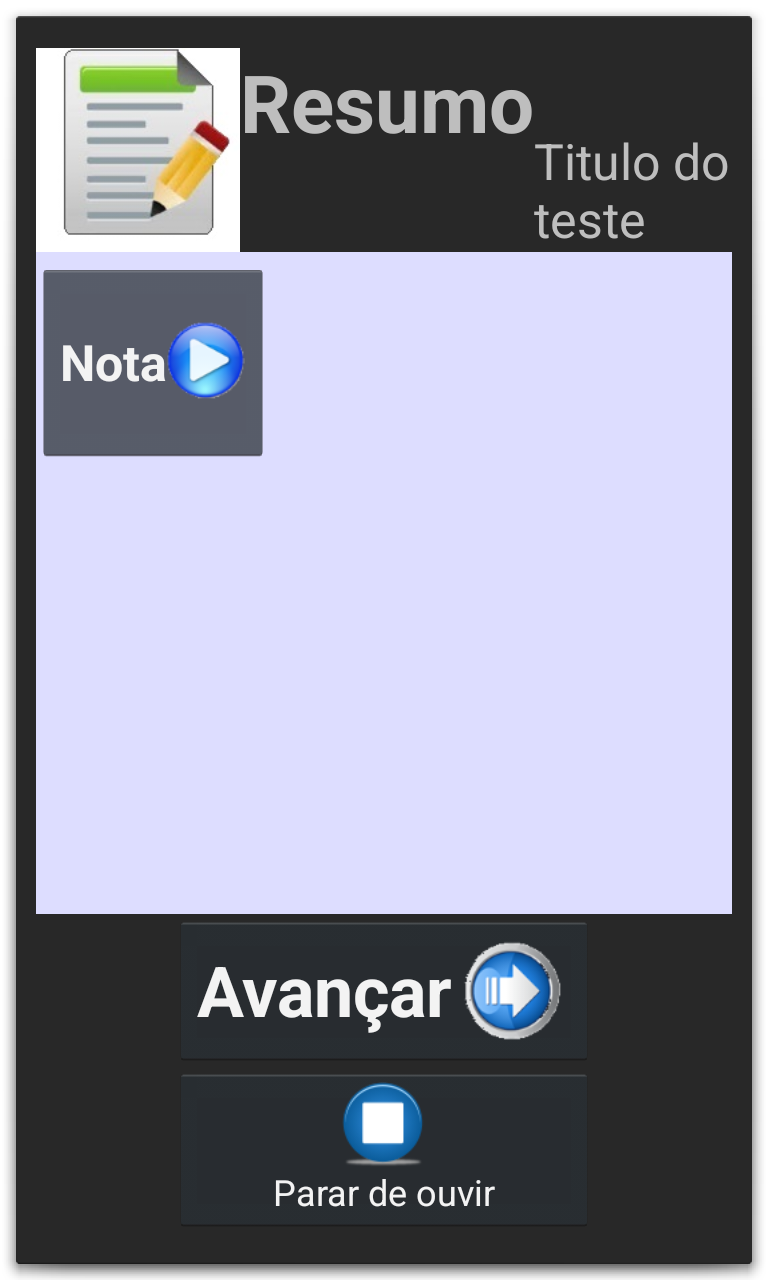
Repository: iptomar/letrinhas_documentacao
Layout: Letrinhas/APP/Prototipos/Letrinhas05/res/layout/resumo_submissoes.xml
The author's editor kept a copy of each file at every save. The layout is drawn from the files as they stood at one save, then again after the next save.
It is drawn on a 768 x 1280 px phone screen (xhdpi) without system bars, with theme android:Theme.Holo.Dialog.NoActionBar; the app's code is not run.

Above is the layout before, as saved 2014-05-21 20:26:05.

### Letrinhas/APP/Prototipos/Letrinhas05/res/layout/resumo_submissoes.xml
<RelativeLayout xmlns:android="http://schemas.android.com/apk/res/android"
    xmlns:tools="http://schemas.android.com/tools"
    android:id="@+id/resSub"
    android:layout_width="match_parent"
    android:layout_height="match_parent"
    android:paddingBottom="@dimen/activity_vertical_margin"
    android:paddingLeft="10sp"
    android:paddingRight="10sp"
    android:paddingTop="@dimen/activity_vertical_margin"
    tools:context="com.letrinhas05.ResumoSubmissoes" >

    <TextView
        android:id="@+id/rSCabecalho"
        android:layout_width="wrap_content"
        android:layout_height="wrap_content"
        android:layout_alignParentLeft="true"
        android:layout_alignParentTop="true"
        android:drawableLeft="@drawable/index"
        android:text="@string/resumo"
        android:textSize="40sp"
        android:textStyle="bold" />

    <TextView
        android:id="@+id/rsTituloTeste"
        android:layout_width="wrap_content"
        android:layout_height="wrap_content"
        android:layout_alignBottom="@+id/rSCabecalho"
        android:layout_toRightOf="@+id/rSCabecalho"
        android:text="Titulo do teste"
        android:textSize="25sp" />

    <ScrollView
        android:id="@+id/svResumo"
        android:layout_width="wrap_content"
        android:layout_height="wrap_content"
        android:layout_above="@+id/rsAvancar"
        android:layout_alignLeft="@+id/rSCabecalho"
        android:layout_alignParentRight="true"
        android:layout_below="@+id/rSCabecalho"
        android:background="#ddddff" >

        <LinearLayout
            android:id="@+id/llResumo"
            android:layout_width="match_parent"
            android:layout_height="wrap_content"
            android:orientation="vertical" >

            <Button
                android:id="@+id/rsBtnOriginal"
                android:layout_width="wrap_content"
                android:layout_height="100sp"
                android:layout_marginBottom="10sp"
                android:layout_marginTop="5sp"
                android:drawableRight="@drawable/play"
                android:text="@string/nota"
                android:textSize="25sp"
                android:textStyle="bold" />

        </LinearLayout>
    </ScrollView>

    <Button
        android:id="@+id/rsAvancar"
        android:layout_width="wrap_content"
        android:layout_height="wrap_content"
        android:layout_above="@+id/resBtnParar"
        android:layout_centerHorizontal="true"
        android:drawableRight="@drawable/right"
        android:text="@string/avancar"
        android:textSize="35sp"
        android:textStyle="bold" />

    <Button
        android:id="@+id/resBtnParar"
        android:layout_width="wrap_content"
        android:layout_height="wrap_content"
        android:layout_alignLeft="@+id/rsAvancar"
        android:layout_alignParentBottom="true"
        android:layout_alignRight="@+id/rsAvancar"
        android:drawableTop="@drawable/stopaudio"
        android:text="@string/pararRep" />

</RelativeLayout>

### Letrinhas/APP/Prototipos/Letrinhas05/res/values/strings.xml
<?xml version="1.0" encoding="utf-8"?>
<resources>

    <string name="app_name">Letrinhas05</string>
    <string name="entrar">Entrar</string>
    <string name="letrinhas">Letrinhas 0.5 </string>
    <string name="Recording">A gravar</string>
    <string name="start">Começar</string>
    <string name="stop">Parar</string>
    <string name="play">Ouvir</string>
    <string name="title_item_list">Items</string>
    <string name="title_item_detail">Item Detail</string>
    <string name="title_activity_escolhe_teste">Escolher Teste</string>
    <string name="action_settings">Settings</string>
    <string name="sair">sair</string>
    <string name="voltar">voltar</string>
    <string name="teste">Teste</string>
    <string name="title_activity_esc_modo">Escolher Modo do teste</string>
    <string name="escolhe_Modo">Escolher o Modo do teste a realizar</string>
    <string name="porAluno">Por Aluno</string>
    <string name="porProf">Por Professor</string>
    <string name="title_activity_leitura_texto">Leitura de Textos</string>
    <string name="title_activity_leitura_palavras">Leitura de Palavras</string>
    <string name="concetList">ConectList</string>
    <string name="title_activity_texto">Teste de texto</string>
    <string name="title_activity_teste_texto">Teste de texto</string>
    <string name="title_activity_teste__imagem">Teste de imagens</string>
    <string name="title_activity_teste__palavras">Teste de palavras</string>
    <string name="title_activity_teste__poema">Teste de poema</string>
    <string name="login_title">Login Screen</string>
    <string name="username">Username</string>
    <string name="password">Password</string>
    <string name="login">Login</string>
    <string name="title_activity_autenticacao">Autenticacao</string>
    <string name="min"></string>
    <string name="sec"></string>
    <string name="vacilar">Vacilações</string>
    <string name="fragment">Fragmentações</string>
    <string name="silabac">Silabações</string>
    <string name="repeti">Repetições</string>
    <string name="exepriment">experiência</string>
    <string name="menos">menos</string>
    <string name="mais">mais</string>
    <string name="espaco">"                        "</string>
    <string name="numer">20</string>
    <string name="pErrada">P. Erradas:</string>
    <string name="btnback">Voltar</string>
    <string name="title_activity_all__tests">Todos os Testes</string>
    <string name="btnMainAllTest">Todos os Testes</string>
    <string name="btnMainSendResult">Criar e enviar Resultado de Teste</string>
    <string name="btnSendResult">Enviar Resultado</string>
    <string name="title_activity_send__result_test">Enviar Resultado de Teste</string>
    <string name="lb_mainIpServidor">IP do Servidor:</string>
    <string name="mainPorta">Porta:</string>
    <string name="title_activity_receber_imagem">ReceberImagem</string>
    <string name="btnReceberImagem">Ver imagem da BD Profs</string>
    <string name="title_activity_reprod_audio">ReprodAudio</string>
    <string name="title_activity_main_bd">MainBD</string>
    <string name="pontErrada">Pontuação</string>
    <string name="PalavraErrada">Palavra Errada</string>
    <string name="CancelarSeleccao">Cancelar Seleccao</string>
    <string name="title_activity_resultado">Resultado</string>
    <string name="resultado">Resultado do teste</string>
    <string name="avancar">Avançar</string>
    <string name="act_BD">Atualizar a Base de Dados</string>
    <string name="title_activity_escolhe_escola">Escolher Escola</string>
    <string name="escola">escola</string>
    <string name="title_activity_escolhe_disciplina">Escolher disciplina</string>
    <string name="ano">ano</string>
    <string name="title_activity_escolhe_aluno">Escolher Aluno</string>
    <string name="aluno">Aluno</string>
    <string name="title_activity_escolhe_professor">Escolher Professor</string>
    <string name="professor">Professor</string>
    <string name="nomeTeste">Nome do teste</string>
    <string name="tempoLeitura">Tempo de leitura</string>
    <string name="expressividade">Expressividade</string>
    <string name="ritmo">Ritmo</string>
    <string name="nota">Nota</string>
    <string name="perguntaImagem">perguntaImagem</string>
    <string name="title_activity_custom">Custom</string>
    <string name="portugues">Português</string>
    <string name="ingles">Inglês</string>
    <string name="estMeio">Estudo do meio</string>
    <string name="matematica">Matemática</string>
    <string name="escolheDisciplina">Escolhe a disciplina</string>
    <string name="agrupamento">Agrupamento Artur Gonçalves</string>
    <string name="escProfessor">Escolher professor</string>
    <string name="title_activity_escolhe_turma">Escolher Turma</string>
    <string name="hello_world">Hello world!</string>
    <string name="escolherTurma">Escolher Turma</string>
    <string name="escolherAluno">Escolher Aluno</string>
    <string name="escolherModo">Escolher modo</string>
    <string name="realizarTeste">Realizar teste(s)</string>
    <string name="corrigirTeste">Corrigir teste(s)</string>
    <string name="title_activity_escolhe_tipo_teste">Escolher Tipo de Teste</string>
    <string name="escolheTipoTeste">Escolher Tipo de Teste</string>
    <string name="demo">Demo</string>
    <string name="iniciar">Iniciar</string>
    <string name="ExemploTexto">Alfabetização\n
        A alfabetização consiste no aprendizado do alfabeto e de sua utilização como código de comunicação. De um modo mais abrangente, a alfabetização é definida como um processo no qual o indivíduo constrói a gramática e em suas variações. Esse processo não se resume apenas na aquisição dessas habilidades mecânicas (codificação e decodificação) do acto de ler, mas na capacidade de interpretar, compreender, criticar, resignificar e produzir conhecimento.1 Todas essas capacidades citadas anteriormente só serão concretizadas se os alunos tiverem acesso a todos os tipos de portadores de textos. O aluno precisa encontrar os usos sociais da leitura e da escrita.2 A alfabetização envolve também o desenvolvimento de novas formas de compreensão e uso da linguagem de uma maneira geral.\n
        A alfabetização de um indivíduo promove sua socialização, já que possibilita o estabelecimento de novos tipos de trocas simbólicas com outros indivíduos, acesso a bens culturais e a facilidades oferecidas pelas instituições sociais. A alfabetização é um fator propulsor do exercício consciente da cidadania e do desenvolvimento da sociedade como um todo.\n
        A incapacidade de ler e escrever é denominada analfabetismo, enquanto que a incapacidade de interpretar textos simples é chamada analfabetismo funcional ou semianalfabetismo.</string>
    <string name="ExemploPoema">    Ó lua que vais tão alta,\n
Redonda como um tamanco!\n
Ó Maria, traz cá a escada,\n
Que eu não chego lá com um banco.\n
\n
A minha mãe fez um bolo de alfazema.\n
Pedi-lhe uma fatia, e ela deu-ma!\n
\n
Da minha casa à tua\n
vai uma grande distância,\n
Cuidado pelo caminho, \n
não vás escorregar numa casaca de melância!\n
\n
 o meu nome é dionísio\n
pediram-me para fazer um poema, e fízi-o.\n
</string>
    <string name="title_activity_listar_submissoes">Listar Submissoes</string>
    <string name="corrigirSubmisoes">Escolher testes a corrigir</string>
    <string name="cancel">cancelar</string>
    <string name="title_activity_resumo_submissoes">Resumo Submissoes</string>
    <string name="resumo">Resumo</string>
    <string name="pararRep">Parar de ouvir</string>
    <string name="title_activity_relatas_correction">RelatasCorrection</string>

</resources>

Loaded but not shown: Letrinhas/APP/Prototipos/Letrinhas05/res/values/dimens.xml (common file)

After the next save:
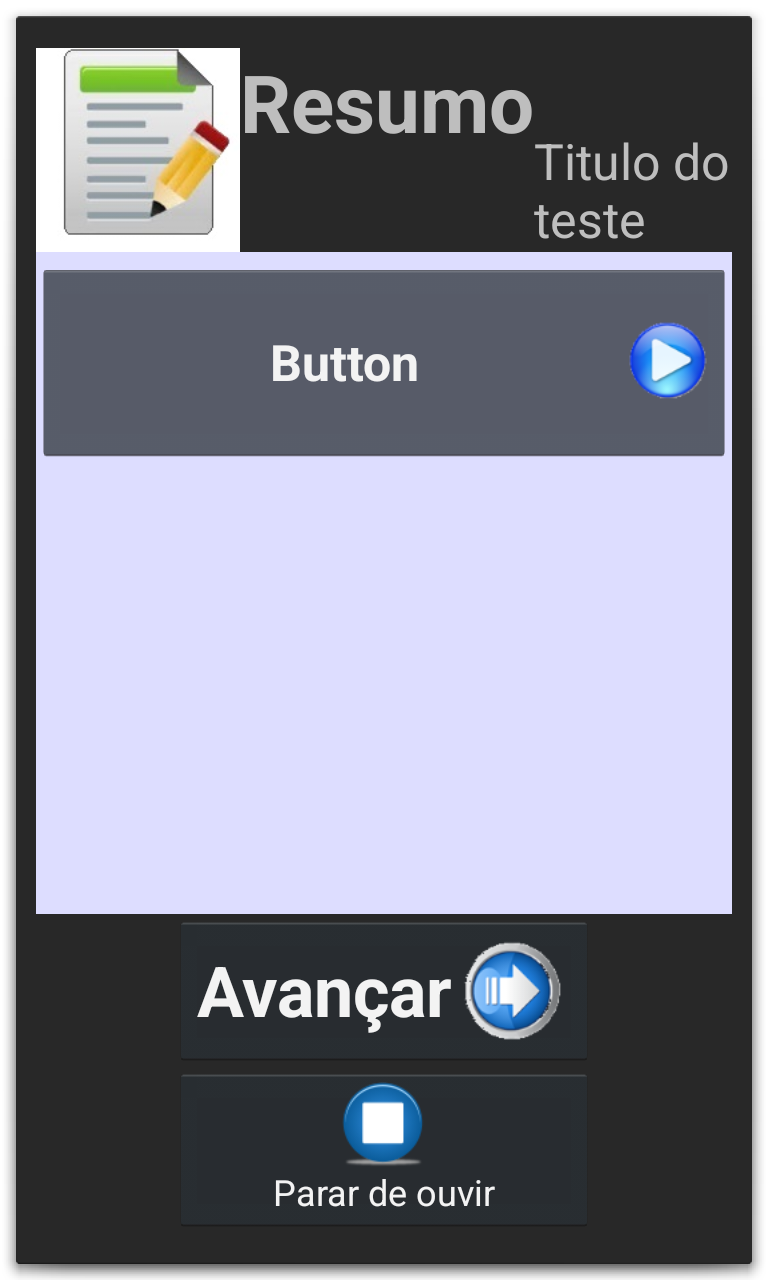
Saved 10 s later.
--- a/Letrinhas/APP/Prototipos/Letrinhas05/res/layout/resumo_submissoes.xml
+++ b/Letrinhas/APP/Prototipos/Letrinhas05/res/layout/resumo_submissoes.xml
@@ -47,16 +47,17 @@
 
             <Button
                 android:id="@+id/rsBtnOriginal"
-                android:layout_width="wrap_content"
+                android:layout_width="match_parent"
                 android:layout_height="100sp"
                 android:layout_marginBottom="10sp"
                 android:layout_marginTop="5sp"
+                android:layout_weight="0.75"
                 android:drawableRight="@drawable/play"
-                android:text="@string/nota"
+                android:text="Button"
                 android:textSize="25sp"
                 android:textStyle="bold" />
+        </LinearLayout>
 
-        </LinearLayout>
     </ScrollView>
 
     <Button

After the save that followed:
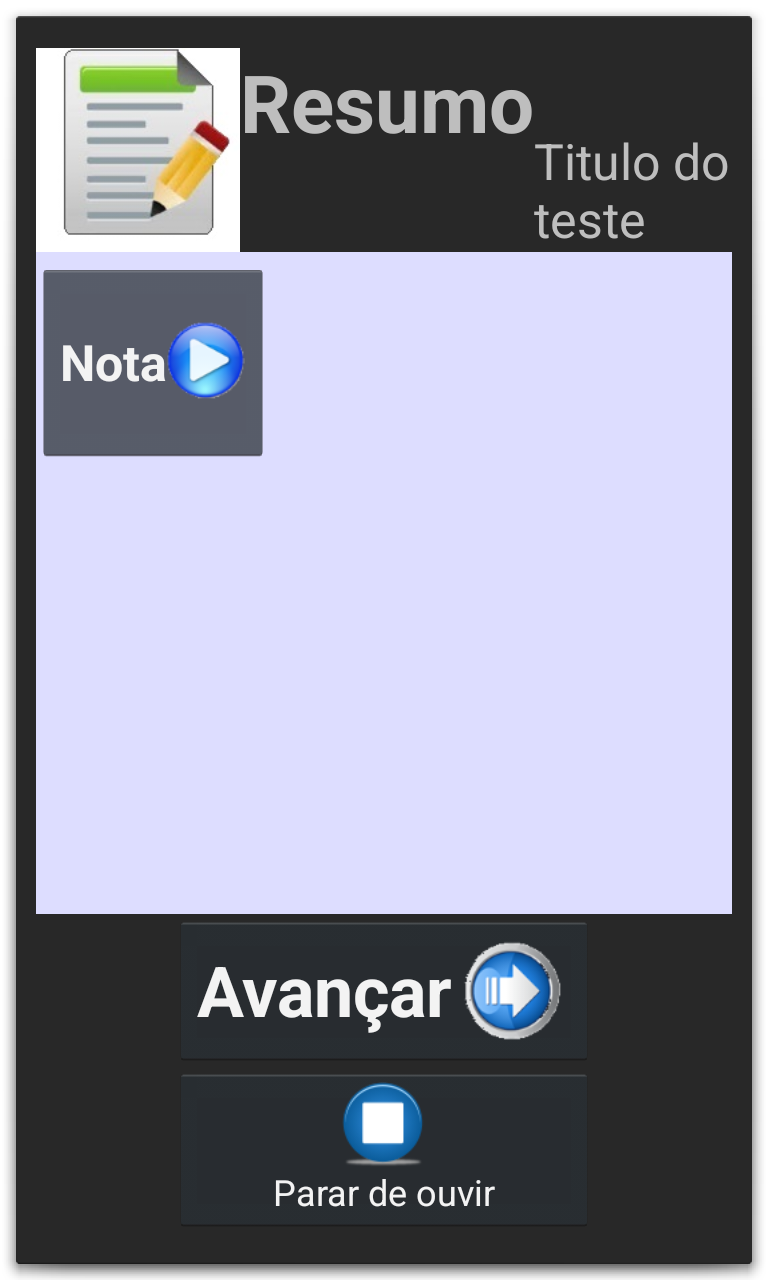
Saved 76 s later.
--- a/Letrinhas/APP/Prototipos/Letrinhas05/res/layout/resumo_submissoes.xml
+++ b/Letrinhas/APP/Prototipos/Letrinhas05/res/layout/resumo_submissoes.xml
@@ -47,13 +47,12 @@
 
             <Button
                 android:id="@+id/rsBtnOriginal"
-                android:layout_width="match_parent"
+                android:layout_width="wrap_content"
                 android:layout_height="100sp"
                 android:layout_marginBottom="10sp"
                 android:layout_marginTop="5sp"
-                android:layout_weight="0.75"
                 android:drawableRight="@drawable/play"
-                android:text="Button"
+                android:text="@string/nota"
                 android:textSize="25sp"
                 android:textStyle="bold" />
         </LinearLayout>
